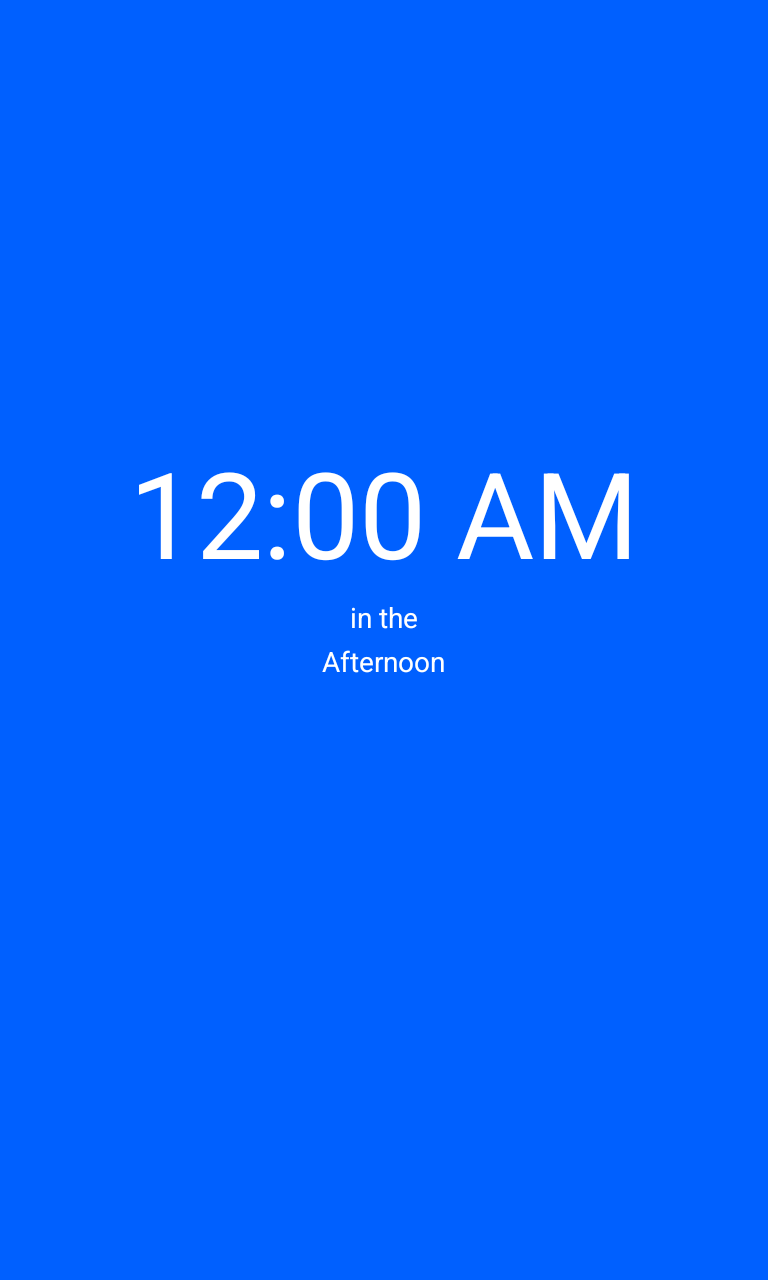
Repository: DinkyDetailsLLC/ADP2
Layout: WakeTimerforKids/res/layout/activity_main.xml
An editor plug-in stored every save of this project. The layout is shown before and after the next save, followed by the edit.
It is drawn on a 768 x 1280 px phone screen (xhdpi) without system bars, with theme AppTheme; the app's code is not run.

Above is the layout before, as saved 2014-02-12 05:43:51.

After the next save:
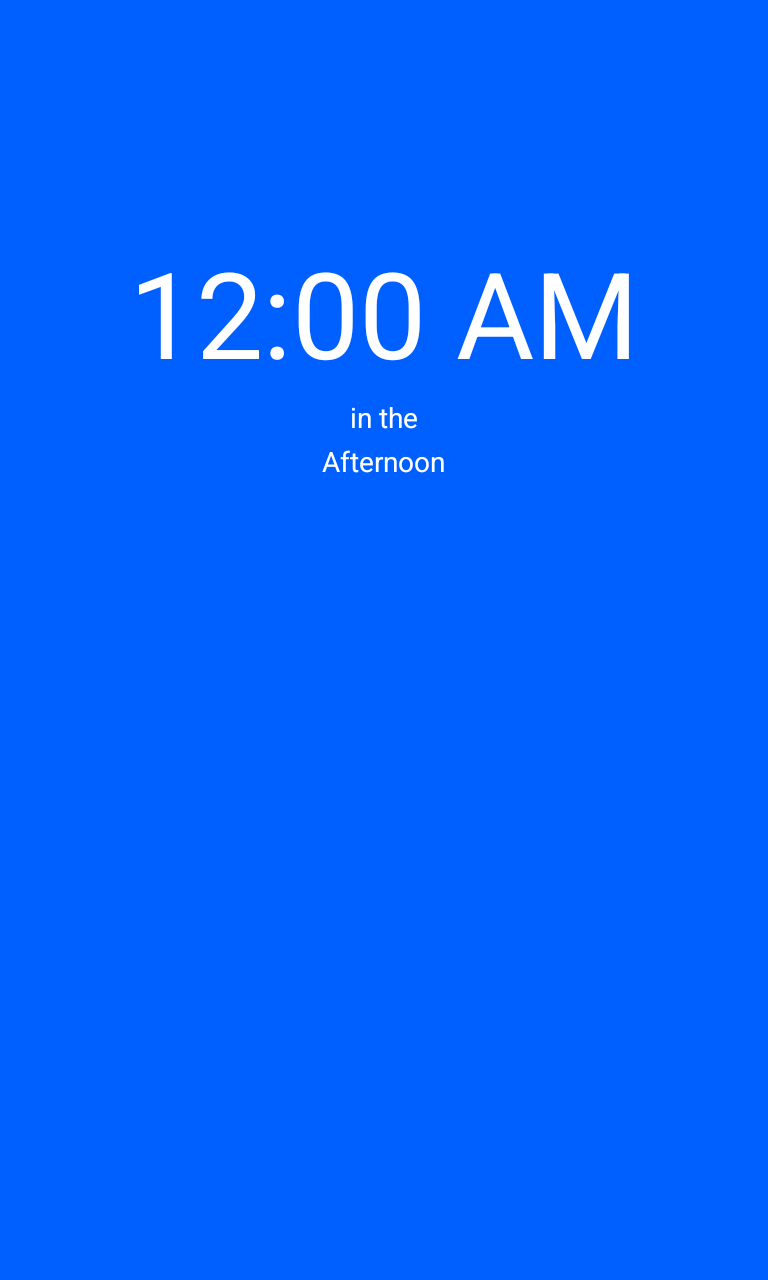
Saved 19 s later.
--- a/WakeTimerforKids/res/layout/activity_main.xml
+++ b/WakeTimerforKids/res/layout/activity_main.xml
@@ -14,7 +14,7 @@
         android:layout_width="wrap_content"
         android:layout_height="wrap_content"
         android:layout_centerHorizontal="true"
-        android:layout_marginTop="200dp"
+        android:layout_marginTop="100dp"
         android:textColor="@color/white"
         android:textSize="60sp"
         android:text="@string/clock" />
